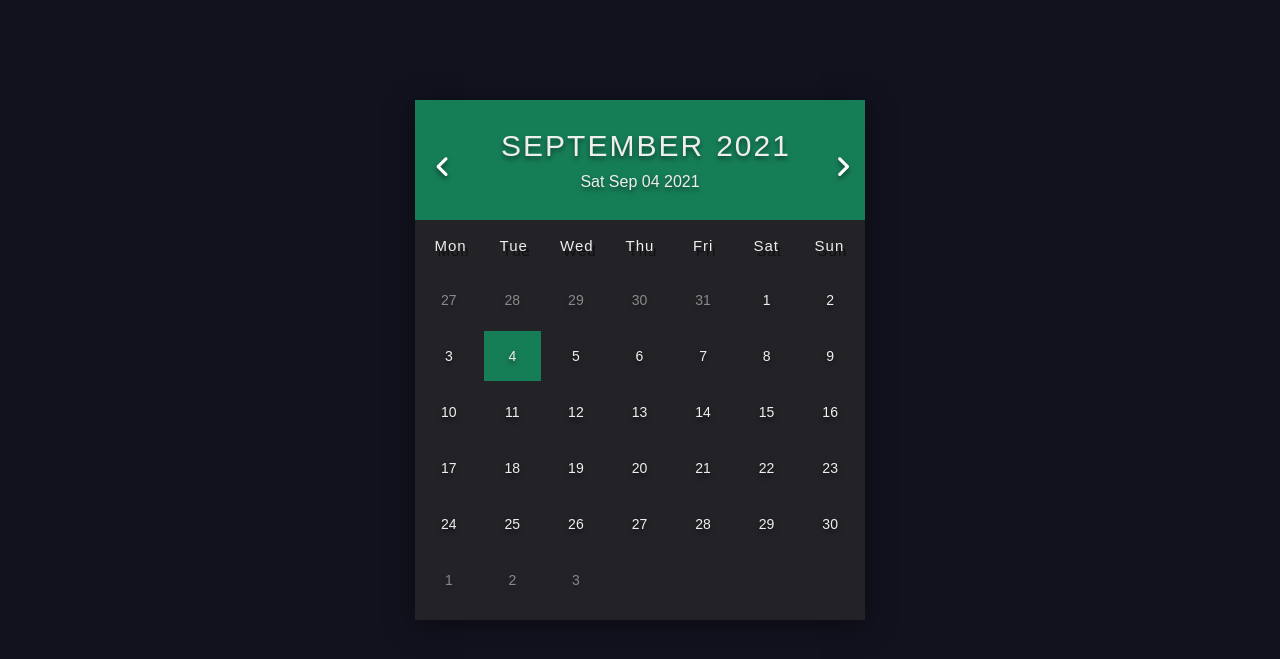
Repository: dboinska/calendar
Page: index.html
An editor plug-in stored every save of this project. The page is shown before and after the next save, followed by the edit.
The browser window is 1280 px wide. The pictures show the whole page.
After loading, the first visible `p.currentDate` was clicked once.
Some web libraries are served in a nearby version.

Above is the page before, as saved 2021-09-08 12:26:04.

After the next save:
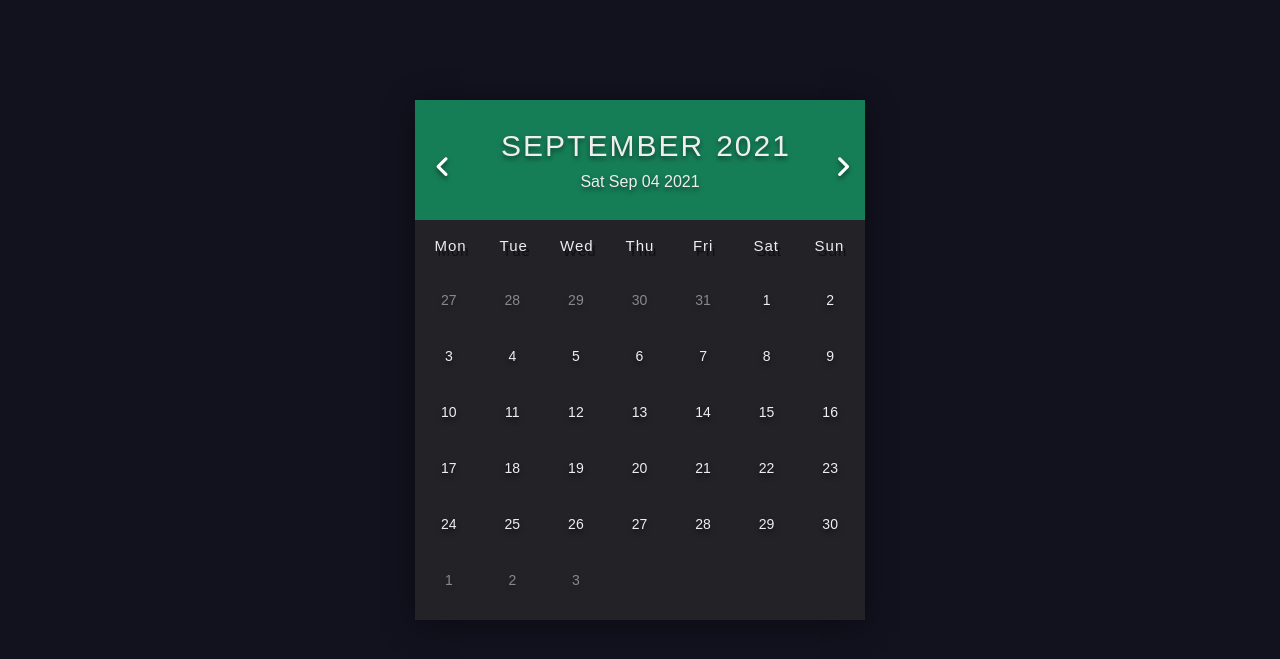
Console error: ReferenceError: goToPrevMonth is not defined
Saved 86 s later.
--- a/script.js
+++ b/script.js
@@ -228,7 +228,7 @@
   // document.querySelector(".date h2").textContent = date.getFullYear();
   if (findClickedDay) {
     findClickedDay.classList.remove("clickedDay");
-    goToCurrentMonth();
+    goToPrevMonth();
 
     //today.classList.add("clickedDay");
   }

After the save that followed:
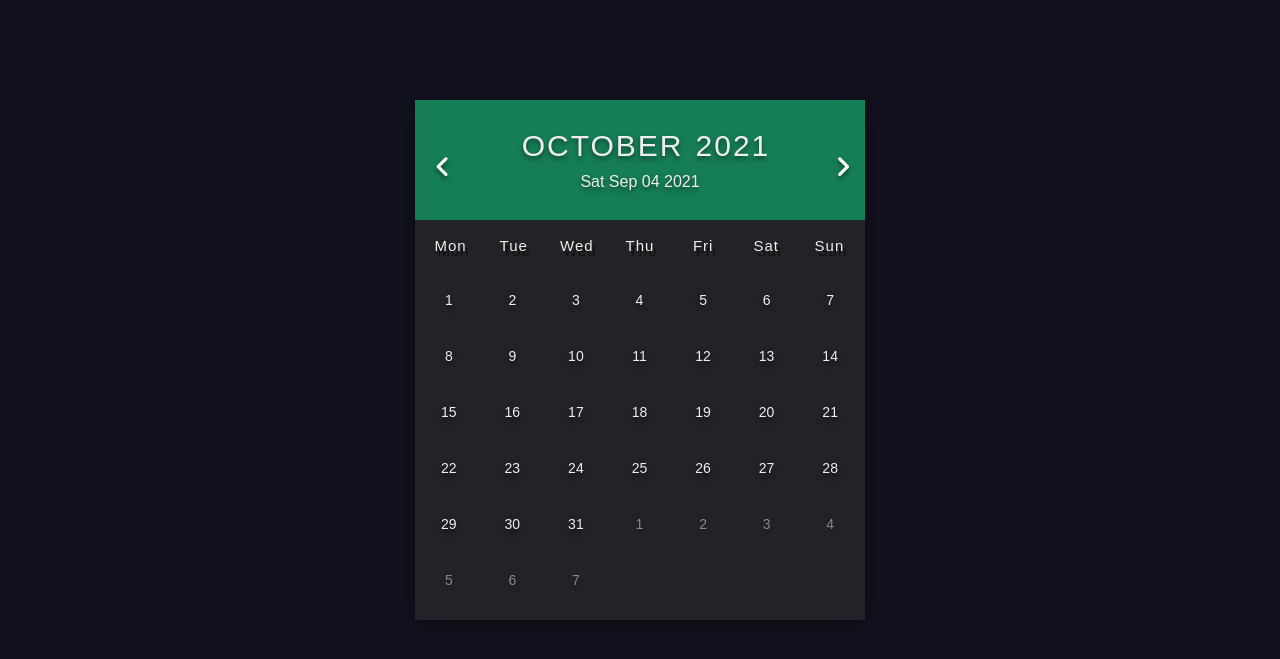
The error is gone.
Saved 29 s later.
--- a/script.js
+++ b/script.js
@@ -228,7 +228,7 @@
   // document.querySelector(".date h2").textContent = date.getFullYear();
   if (findClickedDay) {
     findClickedDay.classList.remove("clickedDay");
-    goToPrevMonth();
+    goToNextMonth();
 
     //today.classList.add("clickedDay");
   }
